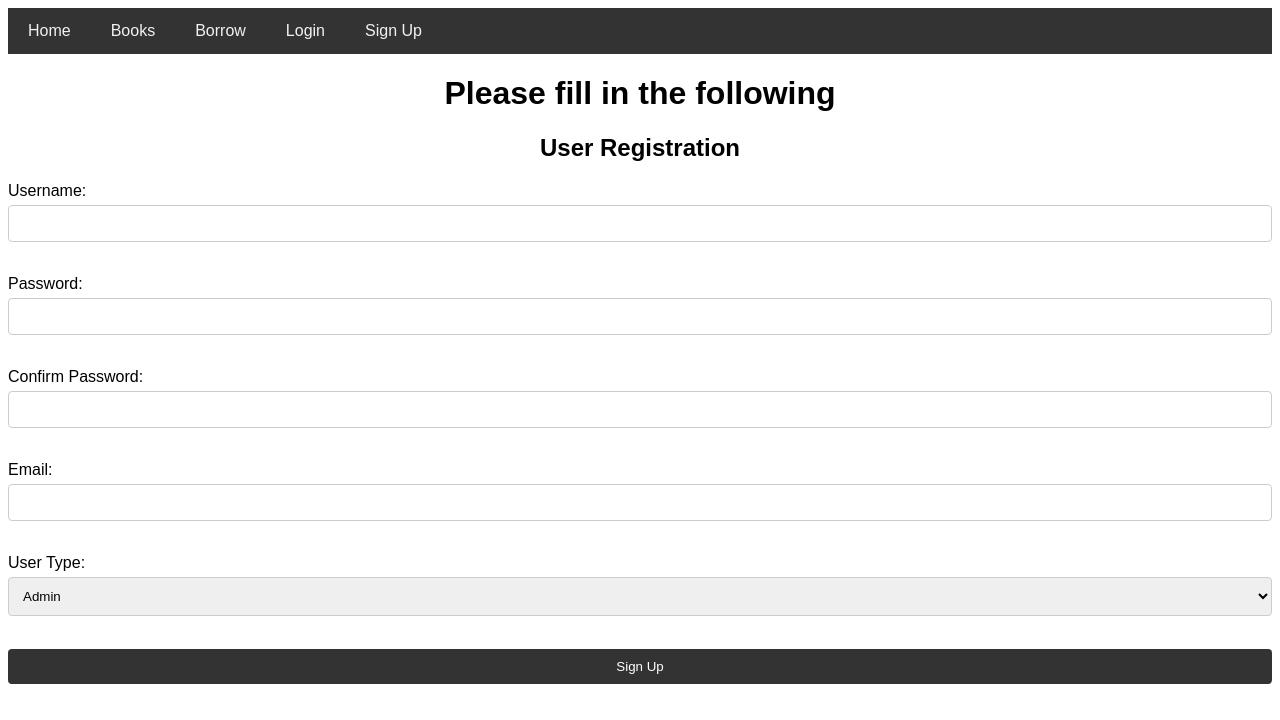
Repository: fadyesk12/Web-Technology-Course-Project
Page: auth/signup.html
The author's editor kept a copy of each file at every save. The page is drawn from the files as they stood at one save, then again after the next save.
The browser window is 1280 px wide. The pictures show the whole page.

Above is the page before, as saved 2024-04-19 02:16:03.

### auth/signup.html
<!DOCTYPE html>
<html>
<head>
  <title>User Registration</title>
  <link rel="stylesheet" href="../Styling/signup.css">
</head>
<body>


  <div id="navbar">
    <a href="../index.html">Home</a>
    <a href="../book_list.html">Books</a>
    <a href="../borrow.html">Borrow</a>
    <a href="../auth/login.html">Login</a>
    <a href="../auth/signup.html">Sign Up</a>
  </div>

    <h1>Please fill in the following</h1>
    <h2>User Registration</h2>

    <form>
        <label for="username">Username:</label>
        <input type="text" id="username" name="username" required><br><br>

        <label for="password">Password:</label>
        <input type="password" id="password" name="password" required><br><br>

        <label for="confirmPassword">Confirm Password:</label>
        <input type="password" id="confirmPassword" name="confirmPassword" required><br><br>

        <label for="email">Email:</label>
        <input type="email" id="email" name="email" required><br><br>

        <label for="usertype">User Type:</label>
        <select id="usertype" name="usertype" required>
            <option value="admin">Admin</option>
            <option value="user">User</option>
        </select><br><br>

        <input type="submit" value="Sign Up">
    </form>
</body>
</html>

### Styling/signup.css
#navbar {
    overflow: hidden;
    background-color: #333;
  }

  #navbar a {
    float: left;
    display: block;
    color: #f2f2f2;
    text-align: center;
    padding: 14px 20px;
    text-decoration: none;
  }

  #navbar a:hover {
    background-color: #ddd;
    color: black;
  }

  body {
    font-family: Arial, sans-serif;
  }

  .container {
    max-width: 600px;
    margin: 50px auto;
    padding: 20px;
    border: 1px solid #ddd;
    border-radius: 5px;
    background-color: #f9f9f9;
  }

  h1, h2 {
    text-align: center;
  }

  form {
    margin-top: 20px;
  }

  label {
    display: block;
    margin-bottom: 5px;
  }

  input[type="text"],
  input[type="password"],
  input[type="email"],
  select {
    width: 100%;
    padding: 10px;
    margin-bottom: 15px;
    border: 1px solid #ccc;
    border-radius: 4px;
    box-sizing: border-box;
  }

  input[type="submit"] {
    width: 100%;
    background-color: #333;
    color: #fff;
    padding: 10px;
    border: none;
    border-radius: 4px;
    cursor: pointer;
  }

  input[type="submit"]:hover {
    background-color: #555;
  }

After the next save:
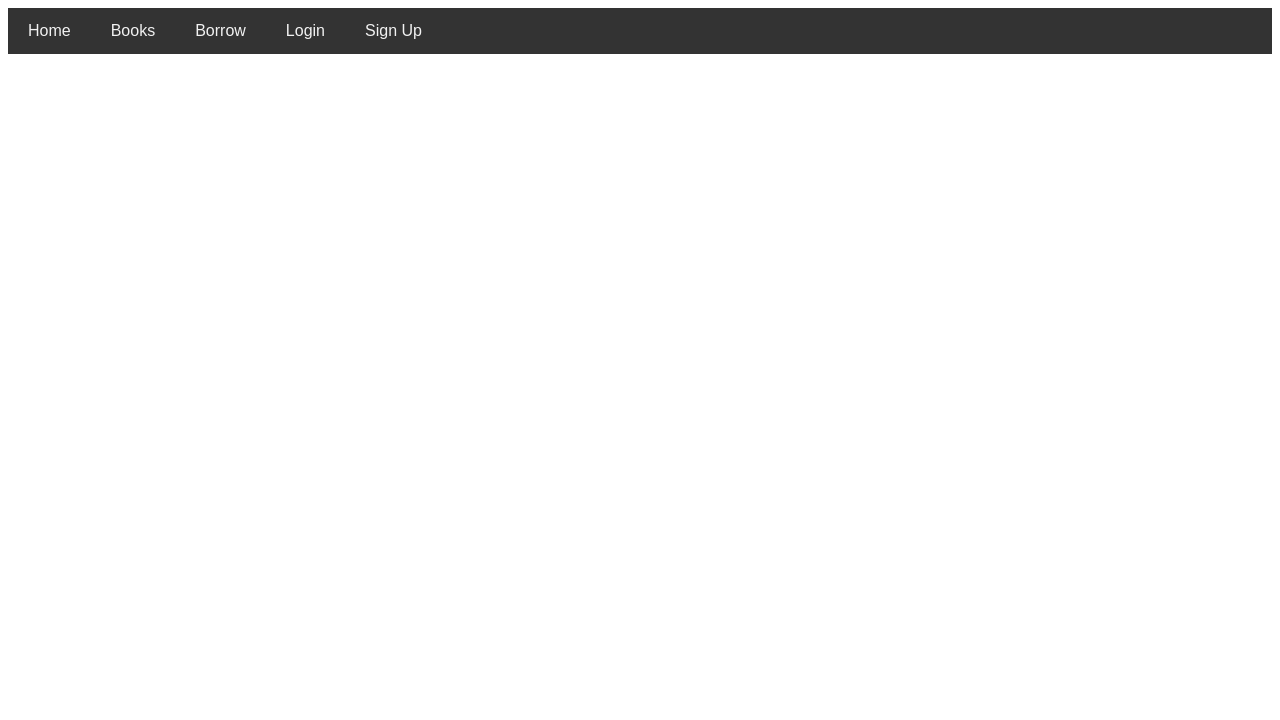
Saved 2 min 59 s later.
--- a/auth/signup.html
+++ b/auth/signup.html
@@ -15,29 +15,6 @@
     <a href="../auth/signup.html">Sign Up</a>
   </div>
 
-    <h1>Please fill in the following</h1>
-    <h2>User Registration</h2>
 
-    <form>
-        <label for="username">Username:</label>
-        <input type="text" id="username" name="username" required><br><br>
-
-        <label for="password">Password:</label>
-        <input type="password" id="password" name="password" required><br><br>
-
-        <label for="confirmPassword">Confirm Password:</label>
-        <input type="password" id="confirmPassword" name="confirmPassword" required><br><br>
-
-        <label for="email">Email:</label>
-        <input type="email" id="email" name="email" required><br><br>
-
-        <label for="usertype">User Type:</label>
-        <select id="usertype" name="usertype" required>
-            <option value="admin">Admin</option>
-            <option value="user">User</option>
-        </select><br><br>
-
-        <input type="submit" value="Sign Up">
-    </form>
 </body>
 </html>
